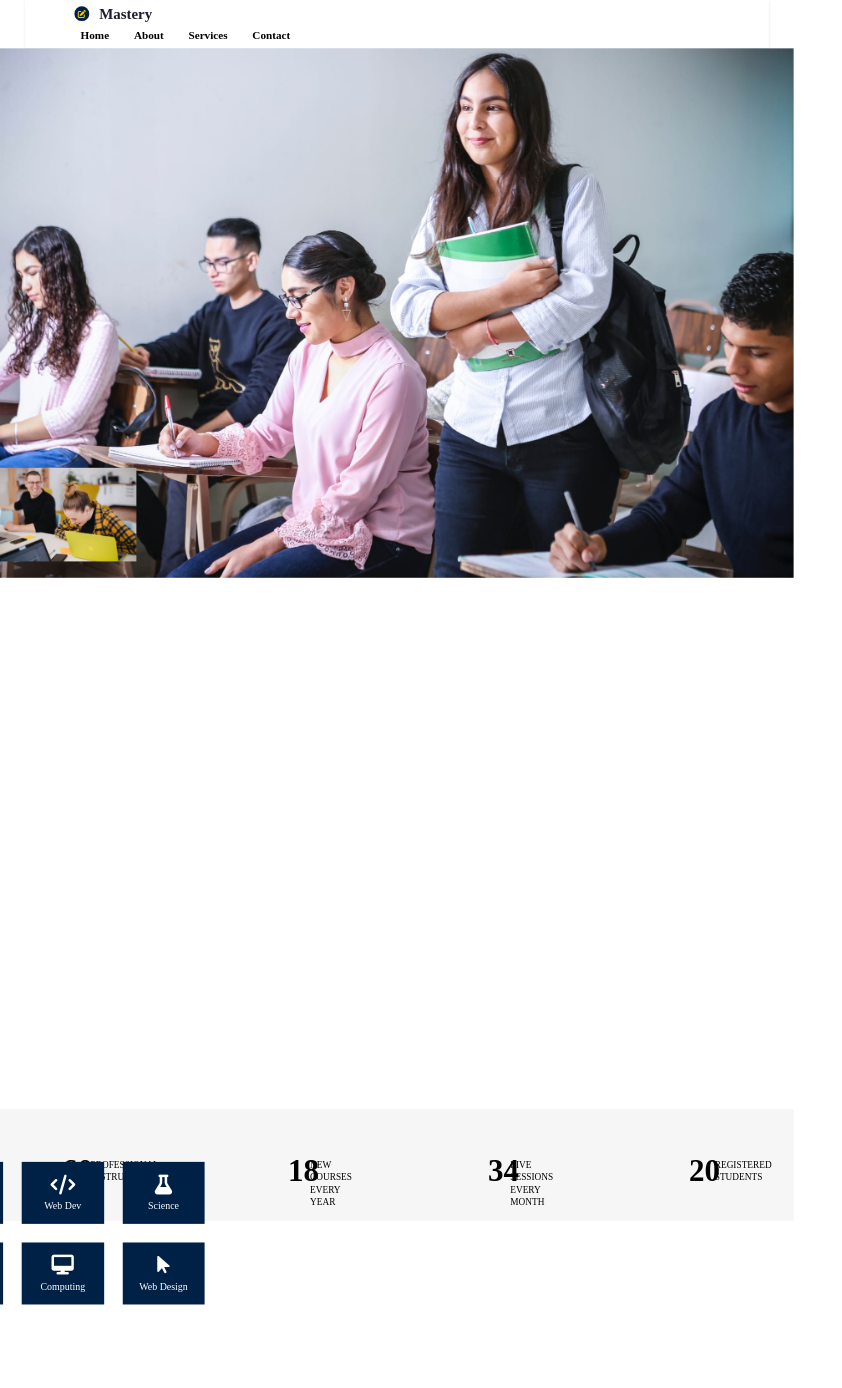
Repository: trminhphuc1504/Mastery
Page: index.html
An editor plug-in stored every save of this project. The page is shown before and after the next save, followed by the edit.
The browser window is 1280 px wide. The page is 1358 px wide, so the pictures cover 1358 px, including what lies to the right of the window. The pictures show the whole page, at 62% of full size.
Some web libraries are served in a nearby version.

Above is the page before, as saved 2024-08-24 13:50:34.

After the next save:
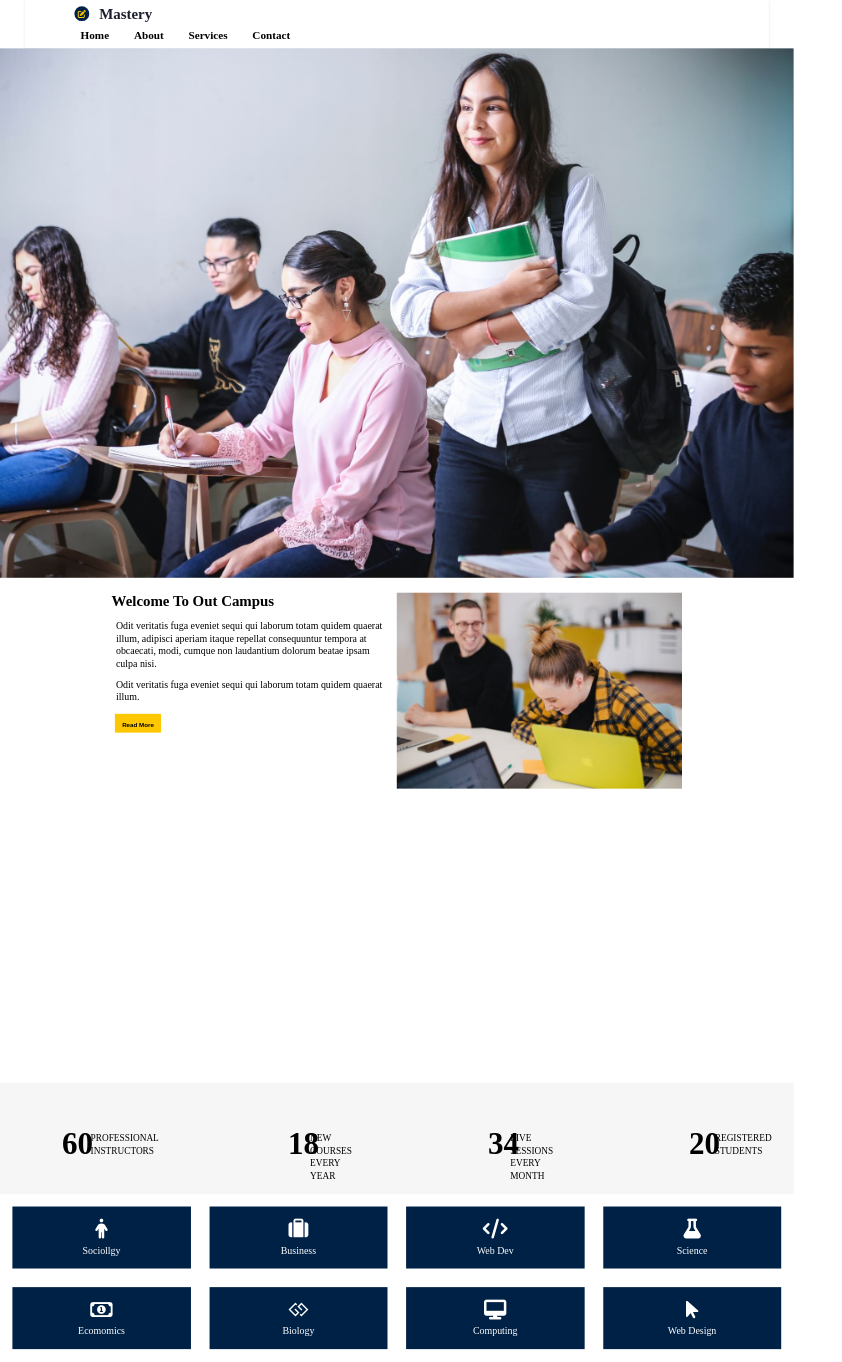
Saved 16 s later.
--- a/css/style.css
+++ b/css/style.css
@@ -188,7 +188,7 @@ header{
     justify-content:center;
     align-items:center; */
     /* height: 100vh; */
-    position: relative;
+    /* position: relative; */
 
 }
 
@@ -199,10 +199,10 @@ header{
     --number-item:4;
     --gap:30px;
     gap:var(--gap);
-    width: 50%;
+    /* width: 50%;
     top: 50%;
     left: 50%;
-    transform: translate(-50%,-50%);
+    transform: translate(-50%,-50%); */
 
 }
 
